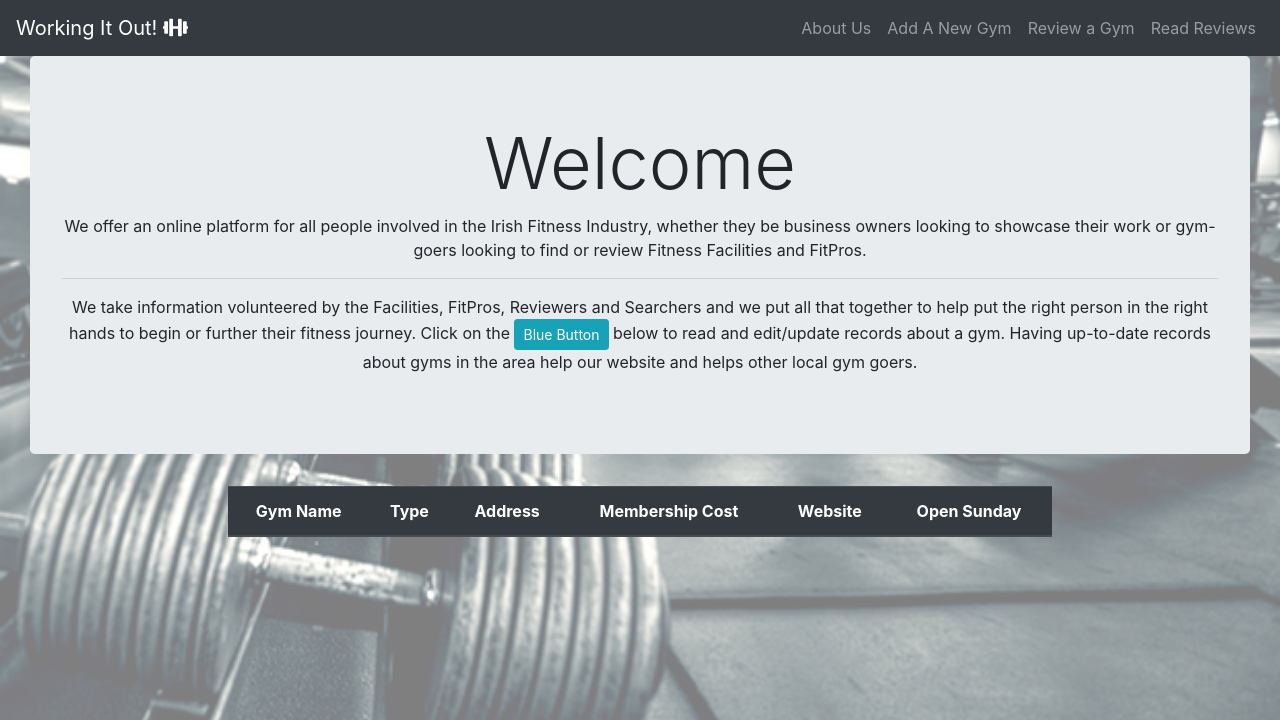
Repository: cgaynor91/Working_It_Out
Page: http://localhost/
The author's editor kept a record of every edit. The page is drawn from the files as they stood at one moment, then again after the next edit.
The browser window is 1280 px wide. The pictures show the whole page.
Some web libraries are served in a nearby version. The page is served by the project's application, run on Flask 3 (app.py). Queries for data that is not in the repository find no rows.

Above is the page before.

### templates/home.html
{% extends 'base.html'%} {% block content %}

<div class="container-fluid">
 <div class="row-welcome justify-content-center">
  <div class="col-12 jumbo-text">
   <div class="jumbotron">
    <h1 class="display-3">Welcome</h1>
    <p></b>We offer an online platform for all people involved in the Irish Fitness Industry, whether they be business owners looking to showcase their work or gym-goers looking to find or review Fitness Facilities and FitPros.</p>
    <hr>
    <p>We take information volunteered by the Facilities, FitPros, Reviewers and Searchers and we put all that together to help put the right person in the right hands to begin or further their fitness journey. Click on the <button type="button" class="btn btn-info btn-sm">Blue Button</button>     below to read and edit/update records about a gym. Having up-to-date records about gyms in the area help our website and helps other local gym goers.</p>
   </div>
  </div>
 </div>



 <!-- Table of gym Data -->

 <div class="row justify-content-center">
  <div class="col-12 col-md-8 table-responsive table-data">
   <table class="table table-hover">
    <thead class="thead-dark">
     <tr>
      <th scope="col">Gym Name</th>
      <th scope="col">Type</th>
      <th scope="col">Address</th>
      <th scope="col">Membership Cost</th>
      <th scope="col">Website</th>
      <th scope="col">Open Sunday</th>
     </tr>
    </thead>
    <tbody>

     {% for gym in gyms %}
     <tr>
      <td><a class="btn btn-info btn-sm" href="{{url_for('edit_gym', gym_id=gym._id)}}" role="button">{{gym.gym_name}}</a></td>
      <td>{{gym.gym_type}}</td>
      <td>{{gym.gym_address}}</td>
      <td>{{gym.cost}}</td>
      <td>{{gym.gym_url}}</td>
      <td>{{gym.open_sunday}}</td>
     </tr>
     {% endfor %}
    </tbody>
   </table>
</div>
</div>

  {% endblock %}

### templates/base.html
<!DOCTYPE html>
<html>

<head>
    <link rel="stylesheet" href="https://stackpath.bootstrapcdn.com/bootstrap/4.4.1/css/bootstrap.min.css">
    <link rel="stylesheet" href="https://cdnjs.cloudflare.com/ajax/libs/font-awesome/5.12.0/css/all.min.css" />
    <link rel="stylesheet" href="{{ url_for('static', filename='css/style.css') }}" type="text/css" />
    <title>Working It Out!</title>
</head>

<body>
    <header>
        <!-- Navbar taken from Bootstrap -->
        <nav class="navbar navbar-expand-md navbar-dark bg-dark home-logo-text">
            <a class="navbar-brand" href="{{url_for('get_gyms')}}">Working It Out! <i
                    class="fas fa-dumbbell"></i></a>
            <button class="navbar-toggler" type="button" data-toggle="collapse" data-target="#navbarNavAltMarkup" aria-controls="navbarNavAltMarkup" aria-expanded="false" aria-label="Toggle navigation">
                <span class="navbar-toggler-icon"></span>
            </button>
            <div class="collapse navbar-collapse" id="navbarNavAltMarkup">
                <div class="navbar-nav ml-auto">
                    <a class="nav-item nav-link" href="{{url_for('about')}}">About Us</a>
                    <a class="nav-item nav-link" href="{{url_for('add_new_gym')}}">Add A New Gym</a>
                    <a class="nav-item nav-link" href="{{url_for('gym_review')}}">Review a Gym</a>
                    <a class="nav-item nav-link" href="{{url_for('read_review')}}">Read Reviews</a>


                </div>
            </div>

        </nav>
    </header>

    <!-- Background image -->
    <div class="container-fluid bg"></div>


                {% block content %} {% endblock %}



    <script src="https://code.jquery.com/jquery-3.4.1.slim.min.js"></script>
    <script src="https://cdn.jsdelivr.net/npm/popper.js@1.16.0/dist/umd/popper.min.js"></script>
    <script src="https://stackpath.bootstrapcdn.com/bootstrap/4.4.1/js/bootstrap.min.js"></script>
</body>

</html>

### app.py
import os
from flask import Flask, render_template, redirect, request, url_for
from flask_pymongo import PyMongo
from bson.objectid import ObjectId

app = Flask(__name__)
app.config["MONGO_DBNAME"] = 'working_it_out'
app.config["MONGO_URI"] = os.getenv('MONGO_URI')

mongo = PyMongo(app)


@app.route('/')
@app.route('/get_gyms')
def get_gyms():
    return render_template("home.html", gyms=mongo.db.gyms.find())

@app.route("/about")
def about():
    return render_template("about.html")


@app.route("/add_new_gym")
def add_new_gym():
    return render_template("add_gym.html")

# Sends the data that the user inserts to the database

@app.route("/insert_gym", methods=['POST'])
def insert_gym():
    gym = mongo.db.gyms
    gym.insert_one(request.form.to_dict())
    return redirect(url_for('get_gyms'))


# Allows user to update information about a gym

@app.route("/edit_gym/<gym_id>")
def edit_gym(gym_id):
    the_gym = mongo.db.gyms.find_one({"_id": ObjectId(gym_id)})
    return render_template("update_gym.html", gym=the_gym)

@app.route("/update_gym/<gym_id>", methods=["POST"])
def update_gym(gym_id):
    gym = mongo.db.gyms
    gym.update({'_id': ObjectId(gym_id)}, {
        'gym_name' : request.form.get('gym_name'),
        'status' : request.form.get('gym_type'),
        'address' : request.form.get('gym_address'),
        'cost' : request.form.get('cost'),
        'gym_url' : request.form.get('gym_url')
    })
    return redirect(url_for('get_gyms'))

# Delete option for a user if they wish to delete a review they wrote or delete a review written by someone else that may be incorrect

@app.route("/delete_gym/<gym_id>")
def delete_gym(gym_id):
    mongo.db.gyms.remove({'_id': ObjectId(gym_id)})
    return redirect(url_for('get_gyms'))

@app.route("/leave_review")
def gym_review():
    return render_template("gym_review.html", gyms=mongo.db.gyms.find())

# Sends the data that the user inserts to the database

@app.route("/gym_review", methods=['POST'])
def insert_review():
    review = mongo.db.reviews
    review.insert_one(request.form.to_dict())
    return redirect(url_for('gym_review'))


@app.route("/read_review")
def read_review():
    return render_template("read_reviews.html", reviews=mongo.db.reviews.find())

if __name__ == '__main__':
    app.run(host=os.environ.get('IP'),
            port=int(os.environ.get('PORT')),
            debug=True)

### static/css/style.css
/* --All container-fluids to have center align-- */

.container-fluid {
    text-align: center;
}

/* --Review container-fluid to have left align-- */

.container-fluid_reviews {
    text-align: left;
}

.bg {
    background-image: url(../images/bg-image.png);
    background-size: cover;
    height: 100%;
    overflow: hidden;
    position: fixed;
    width: 100%;
    opacity: 0.5;
    z-index: -1;
}


/*

.home-logo-text {
    font-family: 'Mansalva', cursive, sans-serif;
}

.navbar-brand {
    font-size: 18px;
}

.welcome-text {
    z-index: 1;
    position: relative;
    margin-top: 50px;
    font-family: 'Amatic SC', cursive, sans-serif;
}

.welcome-text p {
    font-size: 25px;
}

.button-text {
    font-family: Arial, Helvetica, sans-serif;
}

.row-form {
    margin-top: 25px;
}

.delete-record-advice {
    margin-top: 25px;
}

.form_font {
    font-family: Arial, Helvetica, sans-serif;
    font-size: 15px;
}

.jumbotron {
    background-color:rgba(236, 240, 241,0.1);
}

@media only screen and (max-width: 550px) {
    .table {
        font-size: 9px;
        font-weight: bold;
    }
    .btn-sm {
        font-size: 9px;

    }
    .table-data {
        padding-right: 1px;
        padding-left: 1px;
    }
}



/* --Easier read-ability, rows given white background--

.row-review {
    margin-top: 25px;
    background-color: rgba(245, 246, 250,1.0);
}

.row-welcome {
    margin-top: 20px;
    background-color: rgba(245, 246, 250,1.0);
}

.table {
    background-color: rgba(245, 246, 250,1.0);
}

.template-col {
    padding-right: 2px;
    padding-left: 2px;
}

 */

After the next edit:
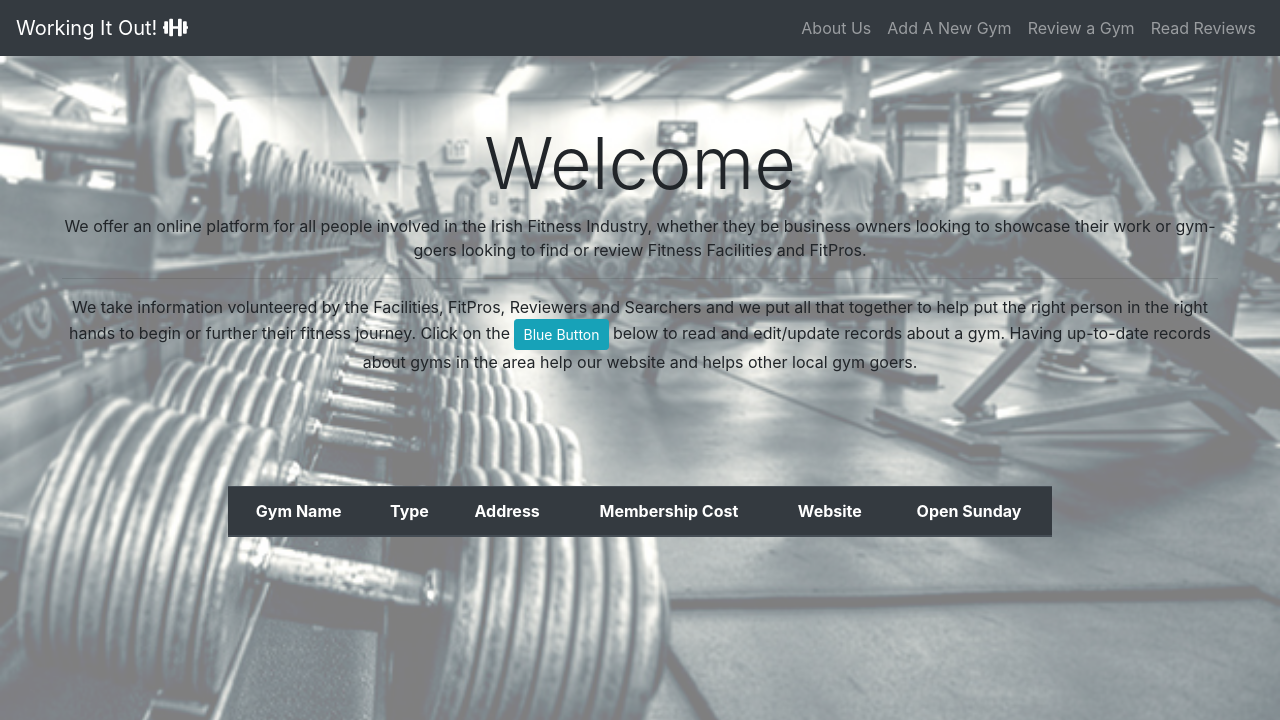
The edit:
--- a/static/css/style.css
+++ b/static/css/style.css
@@ -21,6 +21,9 @@
     z-index: -1;
 }
 
+.jumbotron {
+    background-color: transparent;
+}
 
 /*
 
